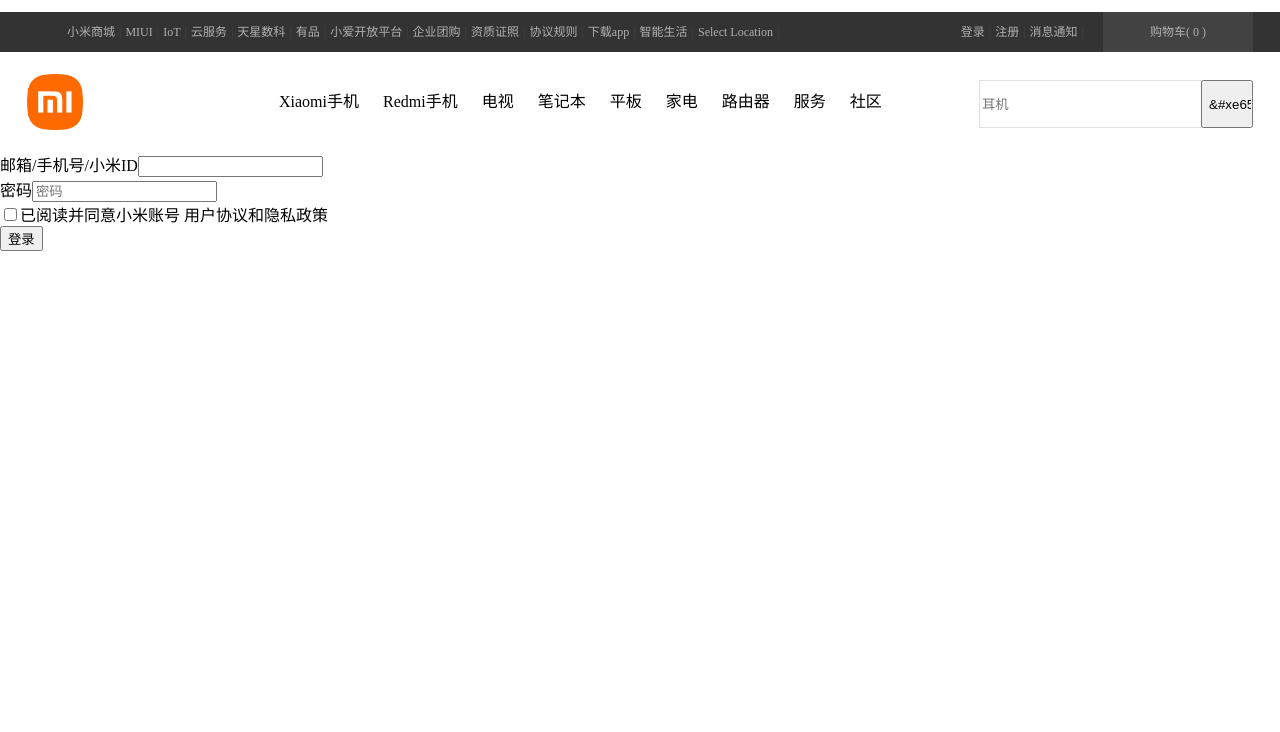
Repository: PLA-31695/Xiaomi
Page: /#/login
An editor plug-in stored every save of this project. The page is shown before and after the next save, followed by the edit.
The browser window is 1280 px wide. The pictures show the whole page.
The project was rebuilt for these pictures with package versions that can differ from the ones it lists, and the page was loaded fresh each time. Also part of the build but not shown: vue.config.js, src/views/Home/home.vue, src/views/Register/register.vue.

Above is the page before, as saved 2022-03-21 09:35:57.

### src/main.js
import Vue from 'vue'
import App from './App.vue'
import router from '@/router'
import '@/assets/css/global.css'

Vue.config.productionTip = false

new Vue({
  router,
  render: h => h(App),
}).$mount('#app')

### src/App.vue
<template>
 <div>
    <MyHeader></MyHeader>
  <router-view></router-view>
 </div>
</template>

<script>
import MyHeader from '@/components/Header/my-header'
export default {
  name: 'App',
  components: {
    MyHeader
  }
}
</script>

<style>
#app {
  font-family: Avenir, Helvetica, Arial, sans-serif;
  -webkit-font-smoothing: antialiased;
  -moz-osx-font-smoothing: grayscale;
  text-align: center;
  color: #2c3e50;
  margin-top: 60px;
}
</style>

### src/router/index.js
//配置router
import Vue from 'vue'
import VueRouter from 'vue-router'

Vue.use(VueRouter)


import Home from '@/views/Home/home'
import Register from '@/views/Register/register'
import Login from '@/views/Login/login'

export default new VueRouter({
    routes: [
        {
            path: '/home',
            component:Home
        },
        {
            path: '/register',
            component:Register
        },
        {
            path: '/login',
            component:Login
        }
    ],
    // mode: {
    //     history
    // }
})

### src/assets/css/global.css
html,body,#app{
    height: 100%;
    width:100%;
    margin:0;
    padding:0;
    box-sizing: border-box;
}
.container{
    width: 1226px;
    margin: 0 auto;
}
ul{
    margin-top: 0;
    list-style: none;
}
a{
    color: white;
    text-decoration: none;
}

### src/components/Header/my-header.vue
<template>
   <header class="header">
        <div class="site-topbar">
            <div class="container">
                <div class="topbar-left">
                    <ul>
                        <li>小米商城</li>
                        <li>MIUI</li>
                        <li>IoT</li>
                        <li>云服务</li>
                        <li>天星数科</li>
                        <li>有品</li>
                        <li>小爱开放平台</li>
                        <li>企业团购</li>
                        <li>资质证照</li>
                        <li>协议规则</li>
                        <li>下载app</li>
                        <li>智能生活</li>
                        <li>Select Location</li>
                    </ul>
                </div>
               <div class="topbar-right">
                   <a href="">
                    <div class="topbar-cart">
                        购物车( 0 )
                    </div>
                   </a>
                   <!-- <div class="cart-menu">
                    购物车中还没有商品，赶紧选购吧！
                   </div> -->
                   <div class="topbar-usrInfo">
                    <ul>
                        <li>登录</li>
                        <li>注册</li>
                        <li>消息通知</li>
                    </ul>
                </div>
               </div>
            </div>

        </div>
        <div class="site-header">
            <div class="container">
                <div class="header-logo">
                    <a href="index.html" title="小米官网">小米官网</a>
                </div>
                <div class="header-nav">
                    <ul>
                        <li class="nav-item">Xiaomi手机</li>
                        <li class="nav-item">Redmi手机</li>
                        <li class="nav-item">电视</li>
                        <li class="nav-item">笔记本</li>
                        <li class="nav-item">平板</li>
                        <li class="nav-item">家电</li>
                        <li class="nav-item">路由器</li>
                        <li class="nav-item">服务</li>
                        <li class="nav-item">社区</li>
                    </ul>
                </div>
                <div class="header-search">
                    <input type="search" placeholder="耳机" class="search-text">
                    <input type="submit" class="search-btn" value="&#xe651;">
                </div>
            </div>
        </div>
   </header>
</template>

<script>
export default {
    name:'my-header'
}
</script>

<style lang="less">
    .site-topbar{
        height: 40px;
        background-color: #333;
        color:#b0b0b0;
        font-size:12px;
        line-height: 40px;
        .topbar-left{
            ul li {
                float: left;
                display: inline-block;
            }
            ul li::after{
                content: "|";
                display: inline-block;
                margin: 0 4px;
                color: #424242;
            }
        }
        .topbar-right{
            .topbar-cart{
                float: right;
                margin-left: 15px;
                width: 150px;
                height: 40px;
                text-align: center;
                background-color: #424242;
                color: #b0b0b0;
            }
            .topbar-usrInfo{
                float: right;
                height: 40px;
                line-height: 40px;
                ul li{
                    float:left;
                }
                ul li::after{
                content: "|";
                display: inline-block;
                margin: 0 4px;
                color: #424242;
            }
            }
        }
    }

    .site-header{
        height: 100px;
        .header-logo{
            float: left;
            a::before{
                content: "";
                display: inline-block;
                width: 56px;
                height: 56px;
                margin-top: 22px;
                background: url('../../assets/images/logo-mi2.png');
                background-size: 56px 56px;
                background-repeat: no-repeat;
            }
        }
        .header-nav{
            float: left;
            width: 800px;
            height: 100px;
            margin-left: 80px;
            line-height: 100px;
            ul li {
                float: left;
                margin: 0 12px;
                font-size: 16px;

            }
        }
        .header-search{
            position: relative;
            .search-text{
                position: absolute;
                top: 28px;
                right: 51px;
                height: 48px;
                width: 223px;
                border:1px solid #e0e0e0;
            }
            .search-btn{
                position: absolute;
                top: 28px;
                right: 0;
                height: 48px;
                width: 52px;
            }
        }
    }
</style>

### src/views/Login/login.vue
<!--  -->
<template>
  <div class="login">
    <form action="">
      <div class="username" id="username">
        <label for="username" class="float-label">邮箱/手机号/小米ID</label>
        <input type="text" />
      </div>
      <div class="password" id="password">
        <label for="password" class="float-label">密码</label>
        <input type="password" placeholder="密码" />
      </div>
      <div class="checkbox">
        <input type="checkbox" />已阅读并同意小米账号 用户协议和隐私政策
      </div>
    </form>
    <button type="submit">登录</button>
  </div>
</template>

<script>
export default {
  components: {},
  data() {
    return {};
  },
  computed: {},
  watch: {},
  //方法集合
  methods: {},
  created() {},
  mounted() {},
  beforeCreate() {}, //生命周期 - 创建之前
  beforeMount() {}, //生命周期 - 挂载之前
  beforeUpdate() {}, //生命周期 - 更新之前
  updated() {}, //生命周期 - 更新之后
  beforeDestroy() {}, //生命周期 - 销毁之前
  destroyed() {}, //生命周期 - 销毁完成
  activated() {}, //如果页面有keep-alive缓存功能，这个函数会触发
};
</script>
<style lang='less' scoped>
//@import url(); 引入公共css类
.login {
}
</style>

Loaded but not shown: public/index.html (common file)

After the next save:
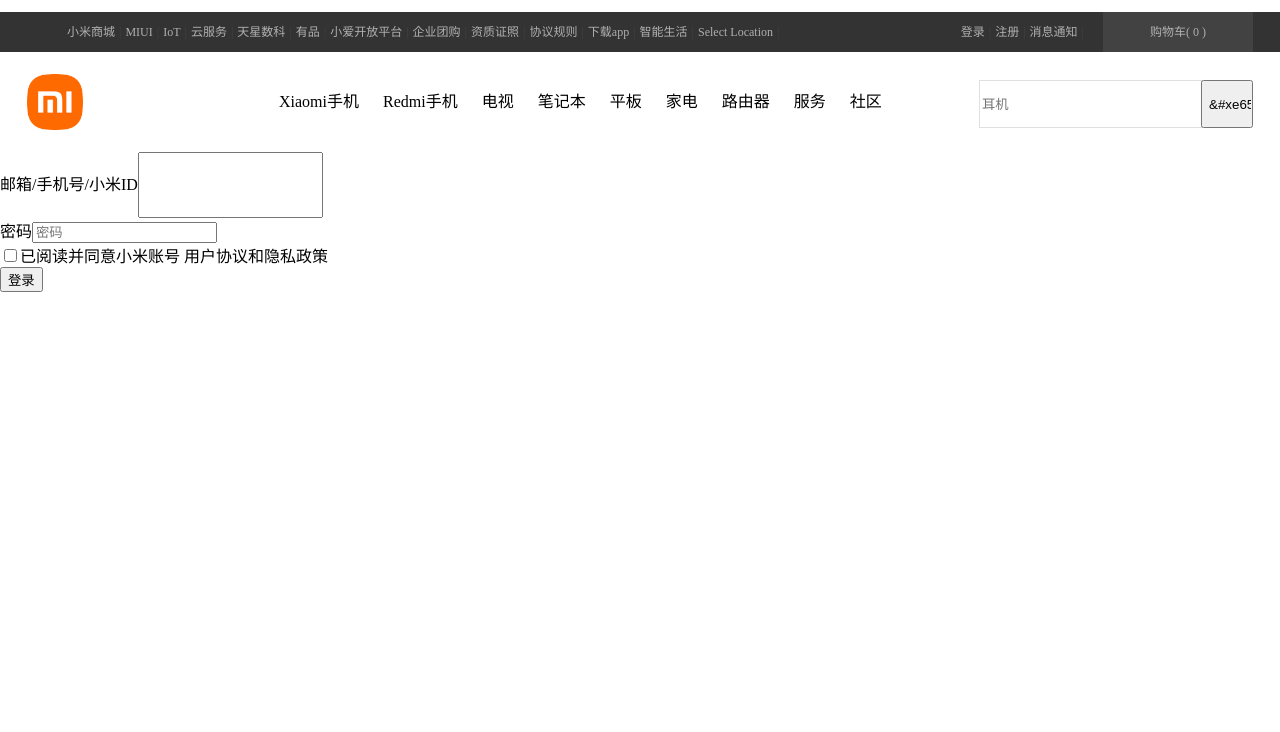
Saved 60 s later.
--- a/src/views/Login/login.vue
+++ b/src/views/Login/login.vue
@@ -42,5 +42,10 @@
 <style lang='less' scoped>
 //@import url(); 引入公共css类
 .login {
+    .username{
+        input{
+            height: 60px;
+        }
+    }
 }
 </style>
